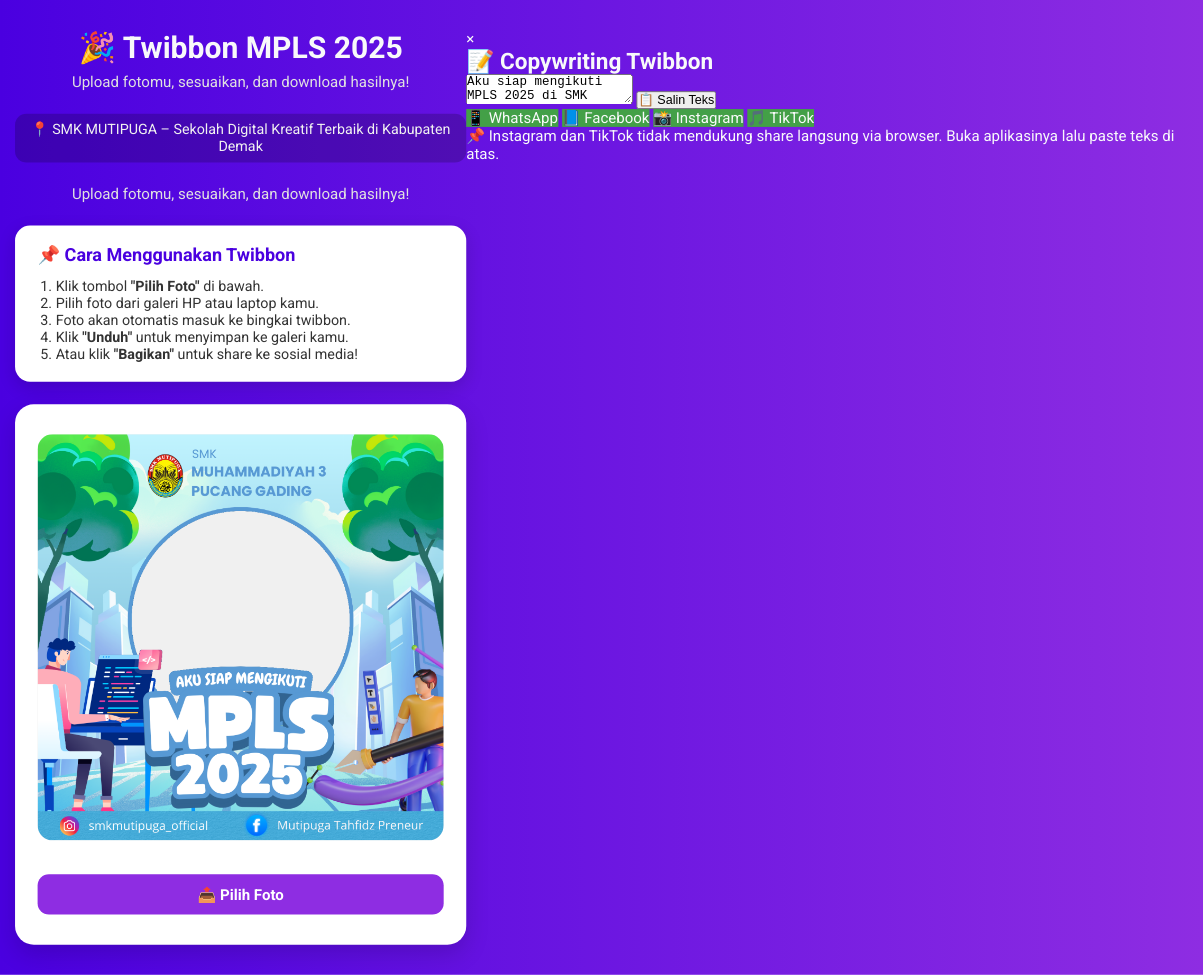
Repository: ppdbsmkmutipuga/twibbonmpls
Page: index.html
These files come from the project's save history. The page is drawn as it stood at one moment and after the next save; the edit follows.
The browser window is 1280 px wide. The pictures show the whole page, at 94% of full size.

Above is the page before, as saved 2025-07-12 11:58:36.

### index.html
<!DOCTYPE html>
<html lang="id">

<head>
    <meta charset="UTF-8" />
    <meta name="viewport" content="width=device-width, initial-scale=1.0" />
    <title>Twibbon MPLS 2025</title>
    <link href="https://fonts.googleapis.com/css2?family=Roboto:wght@400;700&display=swap" rel="stylesheet" />
    <link rel="stylesheet" href="style.css" />
</head>

<body>
    <main class="container">
        <h1>🎉 Twibbon MPLS 2025</h1>
        <p class="subtitle">Upload fotomu, sesuaikan, dan download hasilnya!</p>

        <!-- ✅ Tambahan Tagline -->
        <p class="tagline">📍 SMK MUTIPUGA – Sekolah Digital Kreatif Terbaik di Kabupaten Demak</p>
        <p class="subtitle">Upload fotomu, sesuaikan, dan download hasilnya!</p>

        <!-- Petunjuk Awam -->
        <div class="info-box">
            <h2>📌 Cara Menggunakan Twibbon</h2>
            <ol>
                <li>Klik tombol <strong>"Pilih Foto"</strong> di bawah.</li>
                <li>Pilih foto dari galeri HP atau laptop kamu.</li>
                <li>Foto akan otomatis masuk ke bingkai twibbon.</li>
                <li>Klik <strong>"Unduh"</strong> untuk menyimpan ke galeri kamu.</li>
                <li>Atau klik <strong>"Bagikan"</strong> untuk share ke sosial media!</li>
            </ol>
        </div>

        <!-- Card Upload -->
        <div class="card">
            <canvas id="canvas" width="768" height="768"></canvas>

            <label for="upload" class="btn btn-upload">📤 Pilih Foto</label>
            <input type="file" id="upload" accept="image/*" hidden />

            <div id="shareSection" class="action-buttons" style="display:none;">
                <button class="btn btn-download" onclick="downloadImage()">⬇️ Unduh</button>
                <button class="btn btn-share" onclick="shareImage()">🔗 Bagikan</button>
            </div>
        </div>
    </main>

    <!-- Modal Bagikan -->
    <div id="shareModal" class="modal">
        <div class="modal-content">
            <span class="close" onclick="closeShareModal()">×</span>
            <h2>📝 Copywriting Twibbon</h2>
            <textarea id="copyText" readonly>
Aku siap mengikuti MPLS 2025 di SMK MUTIPUGA – Sekolah Digital Kreatif Terbaik di Kabupaten Demak! Ayo jadi bagian dari sekolah keren ini! 🎉

#SMKMUTIPUGA #MPLS2025 #SekolahDigital #BanggaJadiMutipuga
    </textarea>
            <button onclick="copyText()">📋 Salin Teks</button>

            <div class="share-buttons">
                <a id="waShare" target="_blank" class="btn-share">📱 WhatsApp</a>
                <a id="fbShare" target="_blank" class="btn-share">📘 Facebook</a>
                <a class="btn-share disabled">📸 Instagram</a>
                <a class="btn-share disabled">🎵 TikTok</a>
            </div>
            <p class="note">📌 Instagram dan TikTok tidak mendukung share langsung via browser. Buka aplikasinya lalu
                paste teks di atas.</p>
        </div>
    </div>


    <script src="script.js"></script>
</body>

</html>

### style.css
:root {
    --primary: #4a00e0;
    --secondary: #8e2de2;
    --success: #43a047;
    --bg-gradient: linear-gradient(to right, #4a00e0, #8e2de2);
    --light: #f8f9fa;
    --dark: #2d2d2d;
    --shadow: rgba(0, 0, 0, 0.15);
}

* {
    box-sizing: border-box;
    margin: 0;
    padding: 0;
}

body {
    font-family: 'Roboto', sans-serif;
    background: var(--bg-gradient);
    color: var(--light);
    min-height: 100vh;
    display: flex;
    justify-content: center;
    padding: 2rem 1rem;
}

.container {
    max-width: 480px;
    width: 100%;
    text-align: center;
}

h1 {
    font-size: 2rem;
    font-weight: 700;
    margin-bottom: 0.5rem;
}

.subtitle {
    font-size: 1rem;
    margin-bottom: 1.5rem;
    color: #e0e0e0;
}

.tagline {
    font-size: 0.95rem;
    color: #f1f1f1;
    background: rgba(0, 0, 0, 0.2);
    padding: 0.5rem 1rem;
    border-radius: 0.75rem;
    margin-bottom: 1.5rem;
    font-weight: 500;
    text-align: center;
}


/* Petunjuk penggunaan */
.info-box {
    background: white;
    color: #333;
    padding: 1.25rem 1.5rem;
    border-radius: 1rem;
    margin-bottom: 1.5rem;
    box-shadow: 0 6px 18px var(--shadow);
    text-align: left;
}

.info-box h2 {
    font-size: 1.2rem;
    margin-bottom: 0.8rem;
    color: var(--primary);
}

.info-box ol {
    padding-left: 1.2rem;
    font-size: 0.95rem;
}

.card {
    background: #ffffff;
    border-radius: 1.25rem;
    padding: 2rem 1.5rem;
    box-shadow: 0 10px 25px var(--shadow);
    color: var(--dark);
}

canvas {
    width: 100%;
    height: auto;
    border-radius: 1rem;
    background: #f0f0f0;
    margin-bottom: 1rem;
}

.btn {
    display: inline-block;
    padding: 0.75rem 1.5rem;
    font-size: 1rem;
    font-weight: 600;
    color: #fff;
    border: none;
    border-radius: 0.75rem;
    cursor: pointer;
    margin-top: 1rem;
    transition: transform 0.2s, box-shadow 0.3s ease;
}

.btn:hover {
    transform: translateY(-3px);
    box-shadow: 0 8px 16px rgba(0, 0, 0, 0.2);
}

.btn-upload {
    background: var(--secondary);
    width: 100%;
}

.btn-download {
    background: var(--primary);
    flex: 1;
}

.btn-share {
    background: var(--success);
    flex: 1;
}

.action-buttons {
    display: flex;
    gap: 1rem;
    margin-top: 1rem;
    flex-wrap: wrap;
    justify-content: center;
}

@media (max-width: 480px) {
    .btn {
        width: 100%;
    }

    .action-buttons {
        flex-direction: column;
    }

    .info-box {
        font-size: 0.95rem;
    }
}

### script.js
const canvas = document.getElementById("canvas");
const ctx = canvas.getContext("2d");
const upload = document.getElementById("upload");

const TEMPLATE = new Image();
TEMPLATE.src = "images/twibbon.png"; // Pastikan path benar

let userImage = null;
let imgX = 0, imgY = 0, imgScale = 1;
let isDragging = false, dragStartX = 0, dragStartY = 0;

// Titik tengah & radius lingkaran dari desain PNG
const circleCenterX = 384;
const circleCenterY = 350;
const circleRadius = 200;

TEMPLATE.onload = () => drawCanvas();

upload.addEventListener("change", function () {
    const file = upload.files[0];
    if (!file) return;
    const reader = new FileReader();
    reader.onload = function (e) {
        userImage = new Image();
        userImage.onload = function () {
            const diameter = circleRadius * 2;

            const scaleX = diameter / userImage.width;
            const scaleY = diameter / userImage.height;
            imgScale = Math.max(scaleX, scaleY) * 1.15;

            const newW = userImage.width * imgScale;
            const newH = userImage.height * imgScale;

            imgX = circleCenterX - newW / 2;
            imgY = circleCenterY - newH / 2;

            drawCanvas();
        };
        userImage.src = e.target.result;
    };
    reader.readAsDataURL(file);
});

canvas.addEventListener("mousedown", e => {
    if (!userImage) return;
    isDragging = true;
    dragStartX = e.offsetX - imgX;
    dragStartY = e.offsetY - imgY;
});

canvas.addEventListener("mousemove", e => {
    if (!isDragging) return;
    imgX = e.offsetX - dragStartX;
    imgY = e.offsetY - dragStartY;
    drawCanvas();
});

canvas.addEventListener("mouseup", () => isDragging = false);
canvas.addEventListener("mouseleave", () => isDragging = false);

function drawCanvas() {
    ctx.clearRect(0, 0, canvas.width, canvas.height);

    if (userImage) {
        ctx.save();
        ctx.beginPath();
        ctx.arc(circleCenterX, circleCenterY, circleRadius, 0, Math.PI * 2);
        ctx.clip();
        ctx.drawImage(
            userImage,
            imgX,
            imgY,
            userImage.width * imgScale,
            userImage.height * imgScale
        );
        ctx.restore();
    }

    ctx.drawImage(TEMPLATE, 0, 0, canvas.width, canvas.height);

    document.getElementById("shareSection").style.display = userImage ? "block" : "none";
}

function downloadImage() {
    const link = document.createElement("a");
    link.download = "Twibbon_MPLS2025.png";
    link.href = canvas.toDataURL("image/png");
    link.click();
}

function shareImage() {
    canvas.toBlob(blob => {
        const file = new File([blob], "Twibbon_MPLS2025.png", { type: "image/png" });

        if (navigator.canShare && navigator.canShare({ files: [file] })) {
            // Share native via Web Share API
            navigator.share({
                title: "Twibbon MPLS 2025",
                text: "Aku siap mengikuti MPLS 2025 di SMK MUTIPUGA – Sekolah Digital Kreatif Terbaik di Kabupaten Demak!",
                files: [file]
            }).catch(err => alert("Gagal membagikan: " + err.message));
        } else {
            // Show custom modal with copywriting and manual share buttons
            showShareModal();
        }
    });
}

// 🧠 MODAL BAGIKAN CUSTOM

function showShareModal() {
    const modal = document.getElementById("shareModal");
    modal.style.display = "flex";

    const copyText = document.getElementById("copyText").value;
    const encodedText = encodeURIComponent(copyText);

    document.getElementById("waShare").href = `https://wa.me/?text=${encodedText}`;
    document.getElementById("fbShare").href = `https://www.facebook.com/sharer/sharer.php?u=https://example.com&quote=${encodedText}`;
}

function closeShareModal() {
    document.getElementById("shareModal").style.display = "none";
}

function copyText() {
    const textarea = document.getElementById("copyText");
    textarea.select();
    textarea.setSelectionRange(0, 99999);
    navigator.clipboard.writeText(textarea.value);
    alert("✅ Teks berhasil disalin!");
}

After the next save:
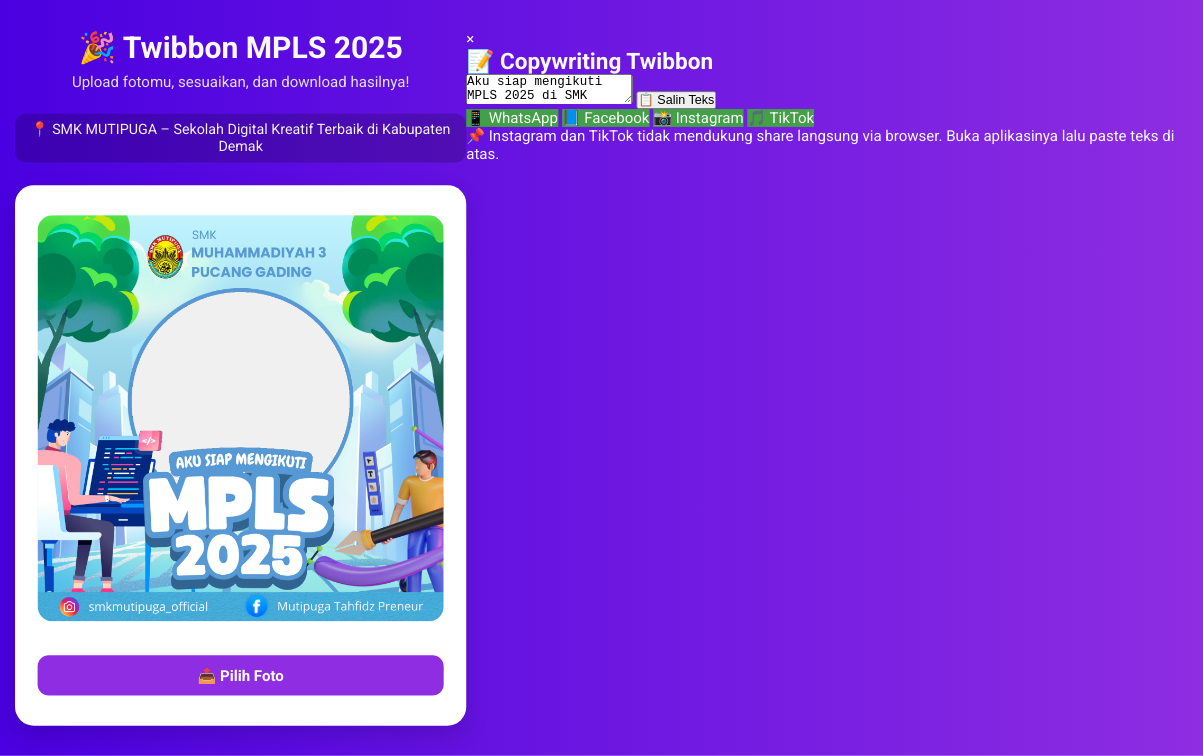
Saved 2 min 50 s later.
--- a/index.html
+++ b/index.html
@@ -2,73 +2,54 @@
 <html lang="id">
 
 <head>
-    <meta charset="UTF-8" />
-    <meta name="viewport" content="width=device-width, initial-scale=1.0" />
-    <title>Twibbon MPLS 2025</title>
-    <link href="https://fonts.googleapis.com/css2?family=Roboto:wght@400;700&display=swap" rel="stylesheet" />
-    <link rel="stylesheet" href="style.css" />
+  <meta charset="UTF-8" />
+  <meta name="viewport" content="width=device-width, initial-scale=1.0" />
+  <title>Twibbon MPLS 2025</title>
+  <link href="https://fonts.googleapis.com/css2?family=Roboto:wght@400;700&display=swap" rel="stylesheet" />
+  <link rel="stylesheet" href="style.css" />
 </head>
 
 <body>
-    <main class="container">
-        <h1>🎉 Twibbon MPLS 2025</h1>
-        <p class="subtitle">Upload fotomu, sesuaikan, dan download hasilnya!</p>
+  <main class="container">
+    <h1>🎉 Twibbon MPLS 2025</h1>
+    <p class="subtitle">Upload fotomu, sesuaikan, dan download hasilnya!</p>
+    <p class="tagline">📍 SMK MUTIPUGA – Sekolah Digital Kreatif Terbaik di Kabupaten Demak</p>
 
-        <!-- ✅ Tambahan Tagline -->
-        <p class="tagline">📍 SMK MUTIPUGA – Sekolah Digital Kreatif Terbaik di Kabupaten Demak</p>
-        <p class="subtitle">Upload fotomu, sesuaikan, dan download hasilnya!</p>
+    <div class="card">
+      <canvas id="canvas" width="768" height="768"></canvas>
 
-        <!-- Petunjuk Awam -->
-        <div class="info-box">
-            <h2>📌 Cara Menggunakan Twibbon</h2>
-            <ol>
-                <li>Klik tombol <strong>"Pilih Foto"</strong> di bawah.</li>
-                <li>Pilih foto dari galeri HP atau laptop kamu.</li>
-                <li>Foto akan otomatis masuk ke bingkai twibbon.</li>
-                <li>Klik <strong>"Unduh"</strong> untuk menyimpan ke galeri kamu.</li>
-                <li>Atau klik <strong>"Bagikan"</strong> untuk share ke sosial media!</li>
-            </ol>
-        </div>
+      <label for="upload" class="btn btn-upload">📤 Pilih Foto</label>
+      <input type="file" id="upload" accept="image/*" hidden />
 
-        <!-- Card Upload -->
-        <div class="card">
-            <canvas id="canvas" width="768" height="768"></canvas>
+      <div id="shareSection" class="action-buttons" style="display:none;">
+        <button class="btn btn-download" onclick="downloadImage()">⬇️ Unduh</button>
+        <button class="btn btn-share" onclick="shareImage()">🔗 Bagikan</button>
+      </div>
+    </div>
+  </main>
 
-            <label for="upload" class="btn btn-upload">📤 Pilih Foto</label>
-            <input type="file" id="upload" accept="image/*" hidden />
-
-            <div id="shareSection" class="action-buttons" style="display:none;">
-                <button class="btn btn-download" onclick="downloadImage()">⬇️ Unduh</button>
-                <button class="btn btn-share" onclick="shareImage()">🔗 Bagikan</button>
-            </div>
-        </div>
-    </main>
-
-    <!-- Modal Bagikan -->
-    <div id="shareModal" class="modal">
-        <div class="modal-content">
-            <span class="close" onclick="closeShareModal()">×</span>
-            <h2>📝 Copywriting Twibbon</h2>
-            <textarea id="copyText" readonly>
+  <div id="shareModal" class="modal">
+    <div class="modal-content">
+      <span class="close" onclick="closeShareModal()">&times;</span>
+      <h2>📝 Copywriting Twibbon</h2>
+      <textarea id="copyText" readonly>
 Aku siap mengikuti MPLS 2025 di SMK MUTIPUGA – Sekolah Digital Kreatif Terbaik di Kabupaten Demak! Ayo jadi bagian dari sekolah keren ini! 🎉
 
 #SMKMUTIPUGA #MPLS2025 #SekolahDigital #BanggaJadiMutipuga
-    </textarea>
-            <button onclick="copyText()">📋 Salin Teks</button>
+      </textarea>
+      <button onclick="copyText()">📋 Salin Teks</button>
 
-            <div class="share-buttons">
-                <a id="waShare" target="_blank" class="btn-share">📱 WhatsApp</a>
-                <a id="fbShare" target="_blank" class="btn-share">📘 Facebook</a>
-                <a class="btn-share disabled">📸 Instagram</a>
-                <a class="btn-share disabled">🎵 TikTok</a>
-            </div>
-            <p class="note">📌 Instagram dan TikTok tidak mendukung share langsung via browser. Buka aplikasinya lalu
-                paste teks di atas.</p>
-        </div>
+      <div class="share-buttons">
+        <a id="waShare" target="_blank" class="btn-share">📱 WhatsApp</a>
+        <a id="fbShare" target="_blank" class="btn-share">📘 Facebook</a>
+        <a class="btn-share disabled">📸 Instagram</a>
+        <a class="btn-share disabled">🎵 TikTok</a>
+      </div>
+      <p class="note">📌 Instagram dan TikTok tidak mendukung share langsung via browser. Buka aplikasinya lalu paste teks di atas.</p>
     </div>
+  </div>
 
-
-    <script src="script.js"></script>
+  <script src="script.js"></script>
 </body>
 
 </html>
